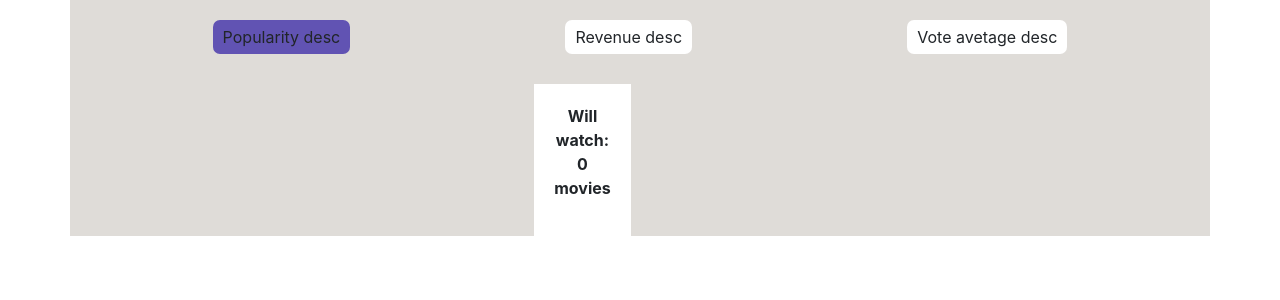
Repository: mamulini/movieslist
Page: /
An editor plug-in stored every save of this project. The page is shown before and after the next save, followed by the edit.
The browser window is 1280 px wide. The pictures show the whole page.
The pointer rests on the first visible `.nav__item`.
The page's requests for data from a server got no answer. Some web libraries are served in a nearby version. The project was rebuilt for these pictures with package versions that can differ from the ones it lists, and the page was loaded fresh each time. No one was signed in, and anything a server would have sent is missing. Also part of the build but not shown: src/component/MovieItem.jsx.

Above is the page before, as saved 2020-03-12 13:07:02.

### public/index.html
<!DOCTYPE html>
<html lang="en">
  <head>
    <meta charset="utf-8" />
    <link rel="icon" href="%PUBLIC_URL%/favicon.ico" />
    <meta name="viewport" content="width=device-width, initial-scale=1" />
    <meta name="theme-color" content="#000000" />
    <meta
      name="description"
      content="Web site created using create-react-app"
    />
    <link rel="stylesheet" href="https://cdnjs.cloudflare.com/ajax/libs/font-awesome/5.11.2/css/all.css" integrity="sha256-46qynGAkLSFpVbEBog43gvNhfrOj+BmwXdxFgVK/Kvc=" crossorigin="anonymous" />
    <link rel="apple-touch-icon" href="%PUBLIC_URL%/logo192.png" />
    <!--
      manifest.json provides metadata used when your web app is installed on a
      user's mobile device or desktop. See https://developers.google.com/web/fundamentals/web-app-manifest/
    -->
    <link rel="manifest" href="%PUBLIC_URL%/manifest.json" />
    <!--
      Notice the use of %PUBLIC_URL% in the tags above.
      It will be replaced with the URL of the `public` folder during the build.
      Only files inside the `public` folder can be referenced from the HTML.

      Unlike "/favicon.ico" or "favicon.ico", "%PUBLIC_URL%/favicon.ico" will
      work correctly both with client-side routing and a non-root public URL.
      Learn how to configure a non-root public URL by running `npm run build`.
    -->
    <title>ReactWarrior App</title>
  </head>
  <body>
    <noscript>You need to enable JavaScript to run this app.</noscript>
    <div id="root"></div>
    <!--
      This HTML file is a template.
      If you open it directly in the browser, you will see an empty page.

      You can add webfonts, meta tags, or analytics to this file.
      The build step will place the bundled scripts into the <body> tag.

      To begin the development, run `npm start` or `yarn start`.
      To create a production bundle, use `npm run build` or `yarn build`.
    -->
  </body>
</html>

### src/index.js
import React from 'react';
import ReactDOM from 'react-dom';
import 'bootstrap/dist/css/bootstrap.css';
import './index.css';
import App from './container/App';
import * as serviceWorker from './serviceWorker';



ReactDOM.render(<App />, document.getElementById('root'));

serviceWorker.unregister();

### src/index.css
body {
  margin: 0;
  padding: 0;
  font-family: -apple-system, BlinkMacSystemFont, 'Segoe UI', 'Roboto', 'Oxygen',
    'Ubuntu', 'Cantarell', 'Fira Sans', 'Droid Sans', 'Helvetica Neue',
    sans-serif;
  -webkit-font-smoothing: antialiased;
  -moz-osx-font-smoothing: grayscale;
  box-sizing: border-box;
}

code {
  font-family: source-code-pro, Menlo, Monaco, Consolas, 'Courier New',
    monospace;
}
























/* .container{
  max-width: 400px;
  margin: 0 auto;
  background: #ffffff;
}

.tittle{
  text-align: left;
}

.poster{
  display: block;
  max-width: 400px ;
}

.overview{
  max-width: 500px;
}

.voteArea{
  display: flex;
  justify-content: space-between;
  align-items: center;
}

.likeBtn{
  background: blue;
  color: #ffffff;
} */

### src/container/App.js
import React from 'react';
import './App.css';
// import MoviesData from '../MoviesData';
import MovieItem from '../component/MovieItem';
import MovieTabs from '../component/MovieTabs';
import {API_URL,API_KEY_3} from '../utils/api';




class App extends React.Component{
  constructor(){
    super();
    this.state = {
      movies: [],
      moviesWillWatch: [],

      }

      console.log('Constructor');
  }

 componentDidMount() {
   fetch(`${API_URL}/discover/movie?api_key=${API_KEY_3}&sort_by=release_date.desc`).then( response => {
     return response.json()
   }).then( data => {

     this.setState({
       movies: data.results
     })
   })
 }


  removeMovie = movie => {
    const updateMovies = this.state.movies.filter(function (item){
      return item.id !== movie.id
    });
    this.setState({
      movies: updateMovies
    });
  }

  addMoviesToWillWatch = movie => {
    const updateMoviesWillWatch = [...this.state.moviesWillWatch];
    updateMoviesWillWatch.push(movie);
    console.log(updateMoviesWillWatch);

    this.setState({
      moviesWillWatch: updateMoviesWillWatch
    })
  }

  removeMovieFromWillWatch = movie => {
    const updateMoviesWillWatch = this.state.moviesWillWatch.filter(function (item){
      return item.id !== movie.id
    });
    this.setState({
      moviesWillWatch: updateMoviesWillWatch
    });
  }



  render(){
    console.log('render');
      return(
      <div className='container'>
        <MovieTabs />
        <div className={'movie__wrapper'}>
          <div className={'movies'}>{this.state.movies.map( movie => {
          return(
           <MovieItem removeMovie={this.removeMovie} addMoviesToWillWatch={this.addMoviesToWillWatch}  movie={movie} removeMovieFromWillWatch={this.removeMovieFromWillWatch} />
          )
          })}

          </div>
          <div className={'willWatch'}>
            <p>Will watch: {this.state.moviesWillWatch.length} movies</p>
            {/* <div>{this.state.moviesWillWatch}</div> */}
          </div>
        </div>
      </div>


    )
  }
}

export default App;

### src/container/App.css

.container{
  display: flex;
  flex-direction: column;
  background: rgba(207, 203, 197, 0.671);


}

.movie__tabs{
  display: flex;
  justify-content: space-around;
  padding: 20px;
}

.nav__item{
  padding: 5px 10px;
  background: #ffffff;
  border-radius: 7px;
  cursor: pointer;
}

.nav__item:hover{
  background: #6153b3;
}

.movie__wrapper{
  max-width: 100%;
  padding: 0;
  display: flex;
  flex-flow: row wrap;
  margin: 0 auto;

}

.willWatch{
  flex: 0 0 20%;
  background: #ffffff;
  text-align: center;
  padding: 10px;
  font-weight: bold;
}

.willWatch p{
  text-align: center;
  padding: 10px;
  font-weight: bold;
}


.movies{
  flex: 0 0 80%;
  padding: 5px;
  display: flex;
  flex-flow: row wrap;



}

.movie__item{
  box-shadow: 0 0 18px rgba(214,214,214,.9);
  flex: 0 0 22%;
  margin: 10px;
  background: #ffffff;
}

.movie__title{
  padding: 10px;
  text-align: center;
  font-size: 1rem;

}

.movie__poster{
  max-width: 100%;
}
.movie__poster img{
  width: 100%;
}


.movie__rank{
  color: goldenrod;
  font-size: 1.5em;
}

.movie__btn{
  margin: 5px auto;
  background: red;
  color: #ffffff;
  border-radius: 8px;
}




.willWatch__btn{
  float: right;
  margin: 5px;
  background: rgb(101, 116, 105);
  color: #ffffff;
  border-radius: 8px;

}
.willWatch__btn--success{
  float: right;
  margin: 5px;
  background: rgb(22, 170, 29);
  color: #ffffff;
  border-radius: 8px;

}

### src/component/MovieTabs.jsx
import React from 'react';


class MovieTabs extends React.Component{
    render(){
        return(
            <ul className={'movie__tabs nav nav__pils'}>
                <li className={'nav__item'}>
                    <div className={'nav__link'}>Popularity desc</div>
                </li>
                <li className={'nav__item'}>
                    <div className={'nav__link'}>Revenue desc</div>
                </li>
                <li className={'nav__item'}>
                    <div className={'nav__link'}>Vote avetage desc</div>
                </li>
            </ul>
        )
    }
}

export default MovieTabs

### src/utils/api.js
export const API_URL = "https://api.themoviedb.org/3";

export const API_KEY_3 = "3f4ca4f3a9750da53450646ced312397";

export const API_KEY_4 =
  "eyJ0eXAiOiJKV1QiLCJhbGciOiJIUzI1NiJ9.eyJhdWQiOiIzZjRjYTRmM2E5NzUwZGE1MzQ1MDY0NmNlZDMxMjM5NyIsInN1YiI6IjVhYzlmNWRkOTI1MTQxNjJhZTA1Njk0NiIsInNjb3BlcyI6WyJhcGlfcmVhZCJdLCJ2ZXJzaW9uIjoxfQ.Fc4f9DVB6pFWh6hIjYe0NCC4pImdmNzDIfi_3Nb3tC4";

Loaded but not shown: src/serviceWorker.js (common file); public/manifest.json (common file)

After the next save:
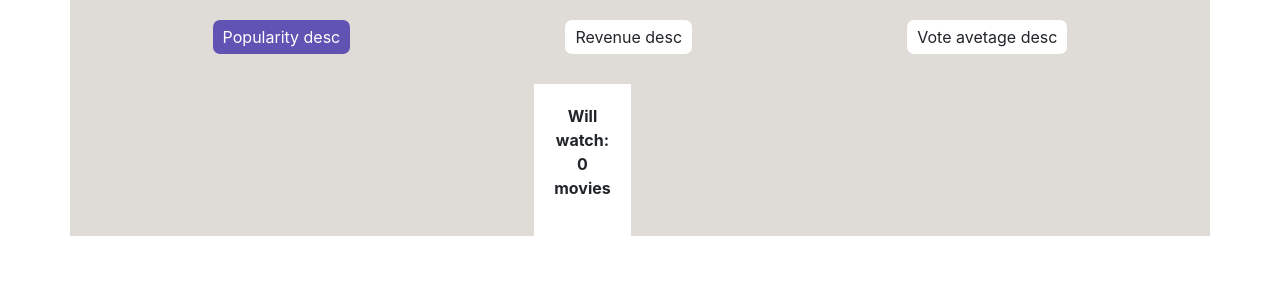
Saved 12 s later.
--- a/src/container/App.css
+++ b/src/container/App.css
@@ -22,6 +22,7 @@
 
 .nav__item:hover{
   background: #6153b3;
+  color: #ffffff;
 }
 
 .movie__wrapper{
